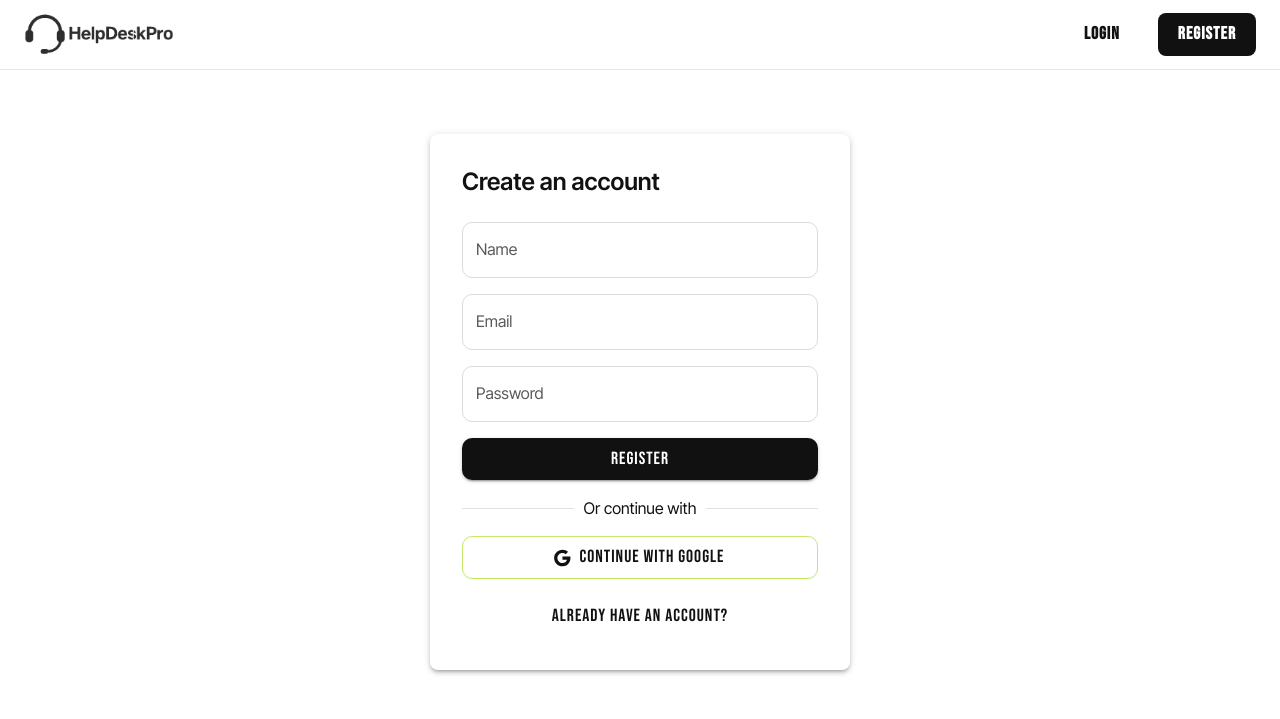
Repository: vcmvanesa7/HelpDeskProAssesment
Page: /auth/register
These files come from the project's save history. The page is drawn as it stood at one moment and after the next save; the edit follows.
The browser window is 1280 px wide. The pictures show the whole page.
The page's requests for data from a server got no answer. The project was rebuilt for these pictures with package versions that can differ from the ones it lists, and the page was loaded fresh each time. The framework's server and built-in components were replaced by stand-ins that run in the browser. No one was signed in, and anything a server would have sent is missing. Also part of the build but not shown: next.config.js, next.config.ts.

Above is the page before, as saved 2025-12-09 10:26:47.

### src/app/layout.tsx
import type { Metadata } from "next";
import "./styles.css";

import MainNavbar from "@/components/layout/MainNavbar";
import Providers from "./providers";
import { ClientToaster } from "@/components/clientToaster";

import { Bebas_Neue, Inter_Tight } from "next/font/google";

const bebas = Bebas_Neue({
  subsets: ["latin"],
  weight: "400",
  variable: "--font-bebas",
});

const interTight = Inter_Tight({
  subsets: ["latin"],
  variable: "--font-inter-tight",
});

export const metadata: Metadata = {
  title: "HelpDeskPro",
  description: "Ticket management system",
};

export default function RootLayout({
  children,
}: {
  children: React.ReactNode;
}) {
  return (
    <html lang="es">
      <body
        className={`${bebas.variable} ${interTight.variable} min-h-screen flex flex-col bg-white`}
      >
        <Providers>
          <MainNavbar />
          <main className="flex-grow">{children}</main>
        </Providers>
        <ClientToaster />
      </body>
    </html>
  );
}

### src/app/auth/register/page.tsx
"use client";

import {
  Box,
  Button,
  TextField,
  Typography,
  Stack,
  Divider,
} from "@mui/material";
import { usePathname } from "next/navigation";
import { useForm } from "react-hook-form";
import { registerSchema, RegisterFormValues } from "@/schemas/validations";
import { yupResolver } from "@hookform/resolvers/yup";
import { registerUser } from "@/services/auth.service";
import { toast } from "sonner";
import GoogleIcon from "@mui/icons-material/Google";
import { signIn } from "next-auth/react";
import { useRouter } from "next/navigation";

export default function RegisterPage() {
  const pathname = usePathname();
  const locale = pathname.split("/")[1] || "es";
  const router = useRouter();

  const {
    register,
    handleSubmit,
    formState: { errors },
  } = useForm<RegisterFormValues>({
    resolver: yupResolver(registerSchema),
  });

  const onSubmit = async (data: RegisterFormValues) => {
    try {
      await registerUser(data);

      toast.success("Registered user. Check your email.");
      router.push(`/${locale}/auth/login`);
    } catch (error: unknown) {
      const message =
        error instanceof Error ? error.message : "Error registering";
      toast.error(message);
    }
  };

  return (
    <Box
      sx={{
        maxWidth: 420,
        mx: "auto",
        mt: 8,
        p: 4,
        borderRadius: 2,
        boxShadow: 3,
      }}
    >
      <Typography variant="h5" sx={{ mb: 3, fontWeight: 600 }}>
        Create an account
      </Typography>

      <form onSubmit={handleSubmit(onSubmit)}>
        <Stack spacing={2}>
          <TextField
            label="Name"
            {...register("name")}
            error={!!errors.name}
            helperText={errors.name?.message}
            fullWidth
          />

          <TextField
            label="Email"
            {...register("email")}
            error={!!errors.email}
            helperText={errors.email?.message}
            fullWidth
          />

          <TextField
            label="Password"
            type="password"
            {...register("password")}
            error={!!errors.password}
            helperText={errors.password?.message}
            fullWidth
          />

          <Button type="submit" variant="contained" fullWidth>
            Register
          </Button>

          <Divider>Or continue with</Divider>

          <Button
            variant="outlined"
            fullWidth
            startIcon={<GoogleIcon />}
            onClick={() => signIn("google", { callbackUrl: "/" })}
          >
            Continue with Google
          </Button>

          <Button
            fullWidth
            onClick={() => router.push(`/${locale}/auth/login`)}
          >
            Already have an account?
          </Button>
        </Stack>
      </form>
    </Box>
  );
}

### src/app/styles.css
@import "tailwindcss";
@tailwind base;
@tailwind components;
@tailwind utilities;

:root {
  --background: #ffffff;
  --foreground: #171717;
}

@theme inline {
  --color-background: var(--background);
  --color-foreground: var(--foreground);
}

@media (prefers-color-scheme: dark) {
  :root {
    --background: #0a0a0a;
    --foreground: #ededed;
  }
}

body {
  background: var(--background);
  color: var(--foreground);
}

### src/components/layout/MainNavbar.tsx
"use client";

import { useRouter } from "next/navigation";
import { signOut, useSession } from "next-auth/react";
import { AppBar, Toolbar, Box, Button } from "@mui/material";
import AccountCircleIcon from "@mui/icons-material/AccountCircle";
import Image from "next/image";

export default function MainNavbar() {
  const router = useRouter();
  const { data: session, status } = useSession();

  const isLoggedIn = status === "authenticated";
  const role = (session?.user as any)?.role;

  const handleLogout = async () => {
    await signOut({ callbackUrl: "/" });
  };

  return (
    <AppBar
      position="sticky"
      elevation={0}
      sx={{
        backgroundColor: "#fff",
        borderBottom: "1px solid #e5e5e5",
      }}
    >
      <Toolbar
        sx={{
          maxWidth: "1400px",
          mx: "auto",
          width: "100%",
          display: "flex",
          alignItems: "center",
          py: 1.5
        }}
      >
        {/* LOGO */}
        <Box
          sx={{ cursor: "pointer", display: "flex", alignItems: "center" }}
          onClick={() => router.push("/")}
        >
          <Image
            src="/logs/LogoH.png"
            alt="Logo"
            width={150}
            height={50}
            priority
            className="opacity-90 hover:opacity-100 transition"
          />
        </Box>

        <Box sx={{ flexGrow: 1 }} />

        {/* RIGHT SECTION */}
        <Box sx={{ display: "flex", alignItems: "center", gap: 3 }}>

          {!isLoggedIn ? (
            <>
              {/* LOGIN */}
              <Button
                onClick={() => router.push("/auth/login")}
                sx={{ color: "#111", fontWeight: 600, textTransform: "none" }}
              >
                Login
              </Button>

              {/* REGISTER */}
              <Button
                onClick={() => router.push("/auth/register")}
                sx={{
                  bgcolor: "#111",
                  color: "#fff",
                  px: 2.5,
                  borderRadius: "8px",
                  fontWeight: 600,
                  textTransform: "none",
                  "&:hover": { bgcolor: "#333" },
                }}
              >
                Register
              </Button>
            </>
          ) : (
            <>
              {/* ADMIN PANEL */}
              {role === "admin" && (
                <Button
                  onClick={() => router.push("/admin")}
                  sx={{ textTransform: "none", color: "#111" }}
                >
                  Admin Panel
                </Button>
              )}

              {/* CLIENT SUPPORT */}
              {role === "client" && (
                <Button
                  onClick={() => router.push("/support")}
                  sx={{ textTransform: "none", color: "#111" }}
                >
                  My Tickets
                </Button>
              )}

              {/* SUPPORT AGENT PANEL */}
              {role === "agent" && (
                <Button
                  onClick={() => router.push("/agent")}
                  sx={{
                    textTransform: "none",
                    color: "#111",
                    fontWeight: 700,
                    fontSize: 14,
                  }}
                >
                  Agent Panel
                </Button>
              )}

              {/* PROFILE */}
              <Button
                onClick={() => router.push("/profile")}
                sx={{
                  textTransform: "none",
                  display: "flex",
                  alignItems: "center",
                  gap: 1,
                  color: "#111",
                }}
              >
                <AccountCircleIcon sx={{ fontSize: 22 }} />
                {session?.user?.name?.split(" ")[0] ?? "Profile"}
              </Button>

              {/* LOGOUT */}
              <Button
                onClick={handleLogout}
                sx={{ textTransform: "none", color: "#111" }}
              >
                Logout
              </Button>
            </>
          )}
        </Box>
      </Toolbar>
    </AppBar>
  );
}

### src/app/providers.tsx
"use client";

import { SessionProvider } from "next-auth/react";
import { ThemeProvider, CssBaseline } from "@mui/material";
import theme from "@/styles/theme";
import { ClientToaster } from "@/components/clientToaster";

export default function Providers({ children }: { children: React.ReactNode }) {
  return (
    <SessionProvider>
      <ThemeProvider theme={theme}>
        <CssBaseline />
        <ClientToaster />
        {children}
      </ThemeProvider>
    </SessionProvider>
  );
}

### src/components/clientToaster.tsx
"use client";

import { Toaster } from "sonner";

export function ClientToaster() {
  return (
    <Toaster
      position="top-right"
      richColors
      expand
      closeButton
    />
  );
}

### src/schemas/validations.ts
import * as yup from "yup";

export const registerSchema = yup.object({
  name: yup.string().required("Name required"),
  email: yup.string().email("Invalid email").required("Email required"),
  password: yup.string().min(6, "Min 6 chars").required("Password required"),
});

export type RegisterFormValues = yup.InferType<typeof registerSchema>;

### src/services/auth.service.ts
// src/services/auth.service.ts
import axios from "axios";
import { RegisterFormValues } from "@/schemas/validations";
import { signIn } from "next-auth/react";

const API_URL = "/api/auth";

export const registerUser = async (data: RegisterFormValues) => {
  try {
    const res = await axios.post(`${API_URL}/register`, data);
    return res.data; // { ok: true }
  } catch (error: any) {
    const msg =
      error.response?.data?.error ||
      error.message ||
      "Error al registrar usuario";

    throw new Error(msg);
  }
};

export const loginUser = async (email: string, password: string) => {
  try {
    const res = await signIn("credentials", {
      redirect: false,
      email,
      password,
    });

    if (!res) throw new Error("Error inesperado");
    if (res.error) throw new Error(res.error);

    return { ok: true };
  } catch (error: any) {
    const msg = error.message || "Error al iniciar sesión";
    throw new Error(msg);
  }
};

### src/styles/theme.ts
import { createTheme } from "@mui/material/styles";

const theme = createTheme({
  palette: {
    primary: { main: "#111111" },
    secondary: { main: "#c7e76a" },
    text: {
      primary: "#111111",
      secondary: "#5a5a5a",
    },
    background: {
      default: "#ffffff",
      paper: "#ffffff",
    }
  },

  typography: {
    fontFamily: "var(--font-inter-tight)",

    h4: {
      fontFamily: "var(--font-bebas)",
      fontSize: "2.4rem",
      letterSpacing: "1px",
    },

    h6: {
      fontFamily: "var(--font-inter-tight)",
      fontWeight: 600,
    },
  },

  components: {
    //NAVBAR / TOOLBAR SLIM MODE
    MuiToolbar: {
      styleOverrides: {
        root: {
          minHeight: "48px !important",   // altura slim KOI
          paddingLeft: "16px",
          paddingRight: "16px",
          "@media (min-width:600px)": {
            minHeight: "56px !important", // desktop limpio
          },
        },
      },
    },

    // Inputs
    MuiOutlinedInput: {
      styleOverrides: {
        root: {
          background: "#fff",
          borderRadius: 10,
          "& .MuiOutlinedInput-notchedOutline": {
            borderColor: "#dcdcdc",
          },
          "&:hover .MuiOutlinedInput-notchedOutline": {
            borderColor: "#c7e76a",
          },
          "&.Mui-focused .MuiOutlinedInput-notchedOutline": {
            borderColor: "#111111",
          },
        },
      },
    },

    // Buttons
    MuiButton: {
      styleOverrides: {
        root: {
          borderRadius: 10,
          fontFamily: "var(--font-bebas)",
          fontSize: "1.1rem",
          letterSpacing: 1,
          textTransform: "none",
        },
        containedPrimary: {
          backgroundColor: "#111111",
          color: "#fff",
          "&:hover": { backgroundColor: "#333" },
        },
        outlined: {
          borderColor: "#c7e76a",
          color: "#111111",
          "&:hover": {
            borderColor: "#111111",
            color: "#111111",
          },
        },
      },
    },

    // Badge
    MuiBadge: {
      styleOverrides: {
        badge: {
          backgroundColor: "#111",
          color: "#fff",
          fontSize: "0.7rem",
          padding: "0 4px",
        },
      },
    },
  },
});

export default theme;

After the next save:
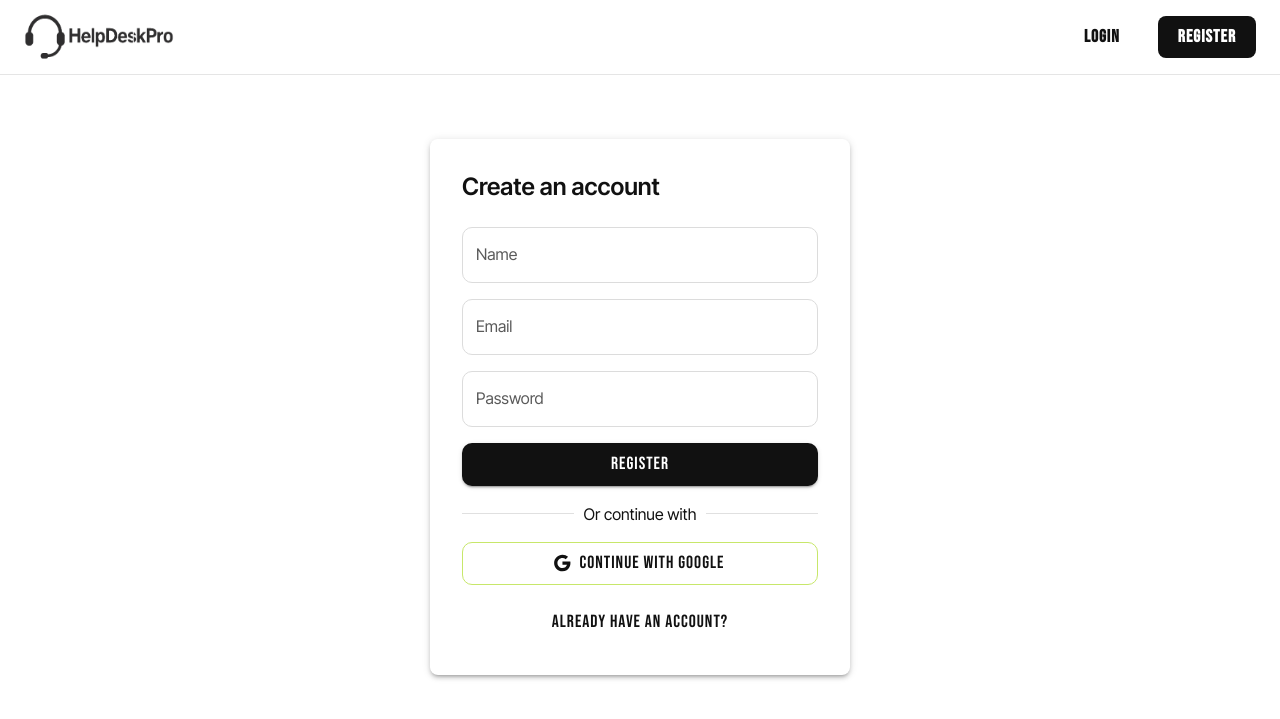
Saved 3 min 43 s later.
--- a/src/app/styles.css
+++ b/src/app/styles.css
@@ -1,23 +1,11 @@
-@import "tailwindcss";
 @tailwind base;
 @tailwind components;
 @tailwind utilities;
 
+/* Opcional: Reset mínimo */
 :root {
   --background: #ffffff;
-  --foreground: #171717;
-}
-
-@theme inline {
-  --color-background: var(--background);
-  --color-foreground: var(--foreground);
-}
-
-@media (prefers-color-scheme: dark) {
-  :root {
-    --background: #0a0a0a;
-    --foreground: #ededed;
-  }
+  --foreground: #111111;
 }
 
 body {
